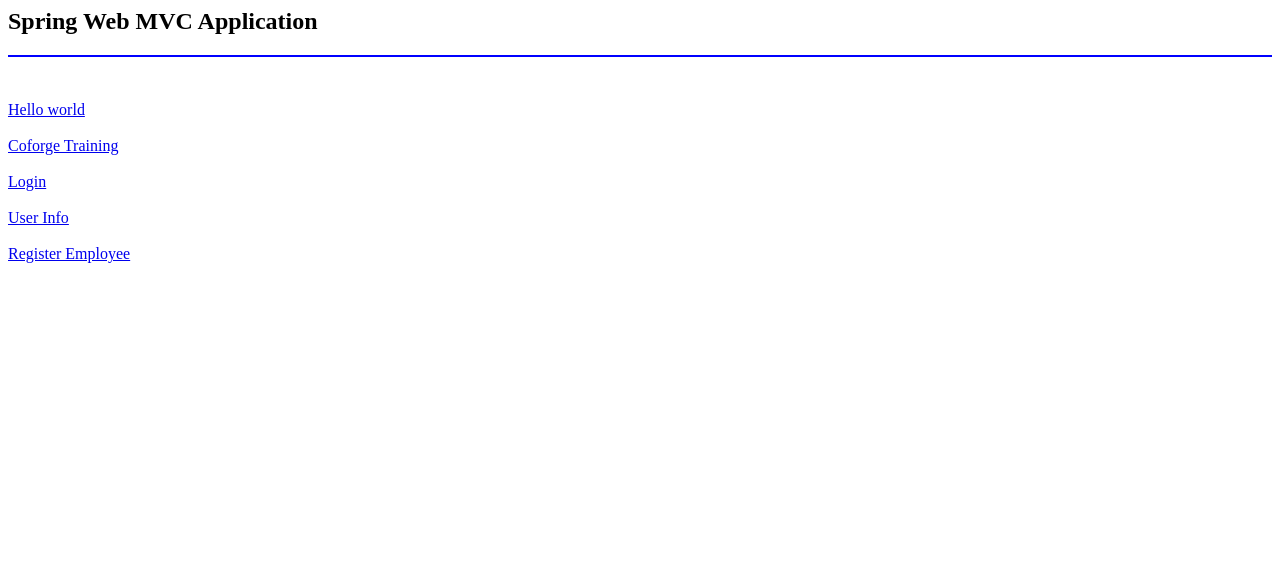
Repository: iKAIZER7/spring-workspace
Page: http://localhost/spring-web/
The author's editor kept a copy of each file at every save. The page is drawn from the files as they stood at one save, then again after the next save.
The browser window is 1280 px wide. The pictures show the whole page.
The page is served by Tomcat 10. Other server files are loaded and not shown.

Above is the page before, as saved 2025-07-31 06:45:09.

### spring-web/src/main/webapp/index.jsp
<html>
<body>
<h2>Spring Web MVC Application</h2>
<hr color="blue">
<br><br>

<a href="shreya">Hello world</a>
<br><br>
<a href="noida">Coforge Training</a>
<br><br>
<a href="login">Login</a>
<br><br>
<a href="user">User Info</a>
<br><br>
<a href="register">Register Employee</a>


</body>
</html>

After the next save:
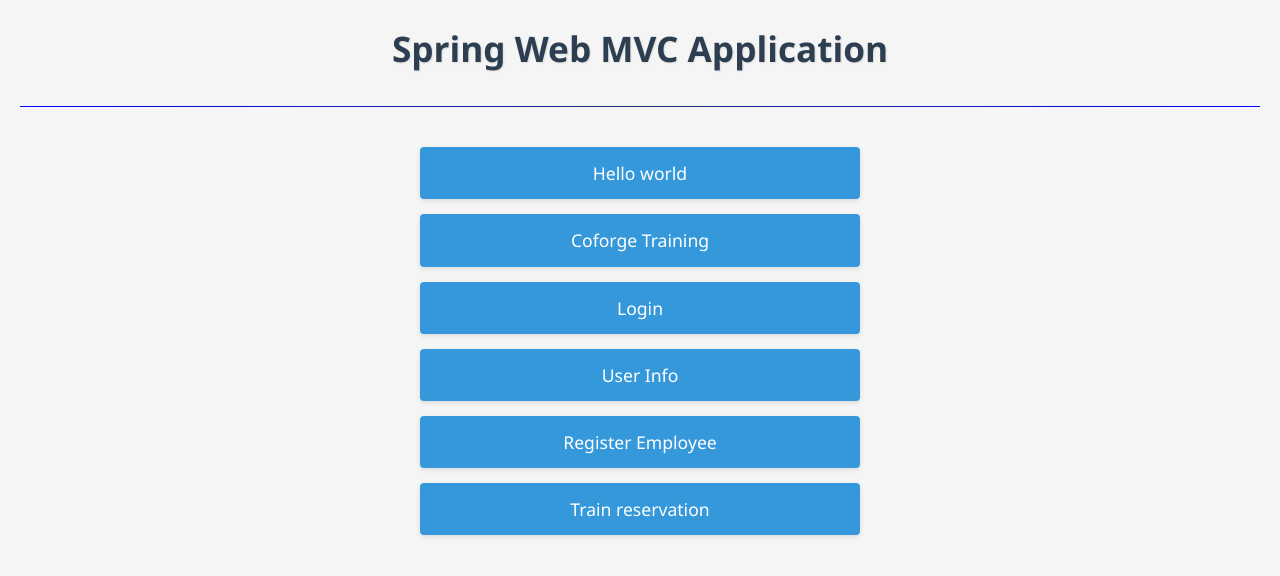
Saved 54 s later.
--- a/spring-web/src/main/webapp/index.jsp
+++ b/spring-web/src/main/webapp/index.jsp
@@ -1,4 +1,62 @@
 <html>
+<head>
+    <style>
+        body {
+            font-family: 'Segoe UI', Tahoma, Geneva, Verdana, sans-serif;
+            background-color: #f5f5f5;
+            margin: 0;
+            padding: 20px;
+            color: #333;
+            line-height: 1.6;
+        }
+
+        h2 {
+            color: #2c3e50;
+            text-align: center;
+            margin-bottom: 30px;
+            font-size: 2.2em;
+            text-shadow: 1px 1px 2px rgba(0,0,0,0.1);
+        }
+
+        hr {
+            border: 0;
+            height: 1px;
+            background-image: linear-gradient(to right, rgba(0,0,0,0), rgba(44,62,80,0.75), rgba(0,0,0,0));
+            margin-bottom: 40px;
+        }
+
+        a {
+            display: block;
+            width: 80%;
+            max-width: 400px;
+            margin: 15px auto;
+            padding: 12px 20px;
+            background-color: #3498db;
+            color: white;
+            text-decoration: none;
+            text-align: center;
+            border-radius: 4px;
+            font-size: 1.1em;
+            transition: all 0.3s ease;
+            box-shadow: 0 2px 5px rgba(0,0,0,0.1);
+        }
+
+        a:hover {
+            background-color: #2980b9;
+            transform: translateY(-2px);
+            box-shadow: 0 4px 8px rgba(0,0,0,0.15);
+        }
+
+        a:active {
+            transform: translateY(0);
+            box-shadow: 0 2px 3px rgba(0,0,0,0.1);
+        }
+
+        br {
+            display: none;
+        }
+    </style>
+</head>
 <body>
 <h2>Spring Web MVC Application</h2>
 <hr color="blue">
@@ -13,6 +71,8 @@
 <a href="user">User Info</a>
 <br><br>
 <a href="register">Register Employee</a>
+<br><br>
+<a href="reservation">Train reservation</a>
 
 
 </body>
